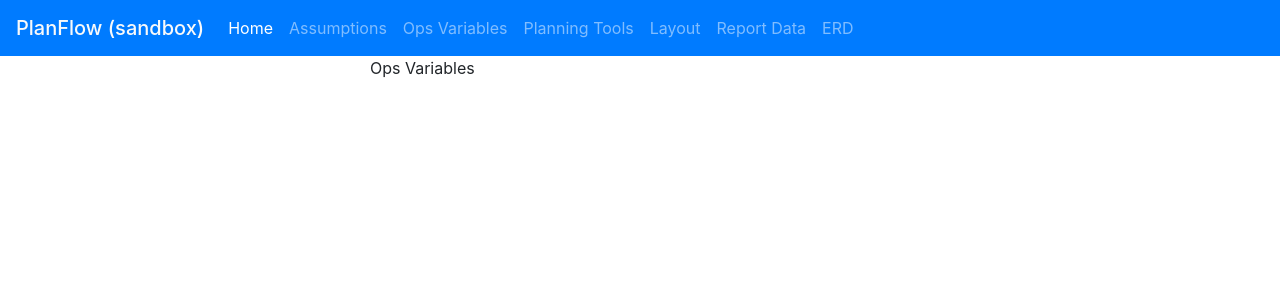
Repository: gholler76/planflow
Page: http://localhost/planflow/WEB-INF/opsvariables.jsp
The author's editor kept a copy of each file at every save. The page is drawn from the files as they stood at one save, then again after the next save.
The browser window is 1280 px wide. The pictures show the whole page.
The page is served by Tomcat 9. Nobody is signed in. Other server files are loaded and not shown. The template is opened directly, without the code that normally fills it, so the values that code supplies are empty.

Above is the page before, as saved 2021-05-28 15:26:03.

### planflow/src/main/webapp/WEB-INF/opsvariables.jsp
<%@ page language="java" contentType="text/html; charset=UTF-8" pageEncoding="UTF-8"%>
<%@ taglib prefix="c" uri="http://java.sun.com/jsp/jstl/core"%>
<%@ taglib prefix="form" uri="http://www.springframework.org/tags/form"%>
<%@ page isErrorPage="true"%>
<%@ taglib prefix="fmt" uri="http://java.sun.com/jsp/jstl/fmt" %>
<%@ taglib prefix="fn" uri="http://java.sun.com/jsp/jstl/functions" %>

<!DOCTYPE html>
<html>
<head>
    <meta charset="UTF-8">
    <title>PlanFlow</title>
    <script src="https://code.jquery.com/jquery-3.5.1.slim.min.js" integrity="sha384-DfXdz2htPH0lsSSs5nCTpuj/zy4C+OGpamoFVy38MVBnE+IbbVYUew+OrCXaRkfj" crossorigin="anonymous"></script>
	<script src="https://cdn.jsdelivr.net/npm/bootstrap@4.6.0/dist/js/bootstrap.bundle.min.js" integrity="sha384-Piv4xVNRyMGpqkS2by6br4gNJ7DXjqk09RmUpJ8jgGtD7zP9yug3goQfGII0yAns" crossorigin="anonymous"></script>
    <link rel="stylesheet" href="https://cdn.jsdelivr.net/npm/bootstrap@4.6.0/dist/css/bootstrap.min.css" integrity="sha384-B0vP5xmATw1+K9KRQjQERJvTumQW0nPEzvF6L/Z6nronJ3oUOFUFpCjEUQouq2+l" crossorigin="anonymous">
</head>
<body>
<nav class="navbar navbar-expand-lg navbar-dark bg-primary">
	    <span class="navbar-brand text-light mb-0 h1">PlanFlow (sandbox)</span>
	  <button class="navbar-toggler" type="button" data-toggle="collapse" data-target="#navbarNavAltMarkup" aria-controls="navbarNavAltMarkup" aria-expanded="false" aria-label="Toggle navigation">
	    <span class="navbar-toggler-icon"></span>
	  </button>
	  <div class="collapse navbar-collapse" id="navbarNavAltMarkup">
	    <div class="navbar-nav">
	      <a class="nav-link active" href="/">Home <span class="sr-only">(current)</span></a>
	      <a class="nav-link" href="/assumptions">Assumptions</a>
	      <a class="nav-link" href="/opsvariables">Ops Variables</a>
	      <a class="nav-link" href="/planningtools">Planning Tools</a>
	      <a class="nav-link" href="/layout">Layout</a>
	      <a class="nav-link" href="reportdata">Report Data</a>
	      <a class="nav-link" href="/erd">ERD</a>
	    </div>
	  </div>
	</nav>
	<div class="container">
		<div class="row justify-content-center">
    		<div class="col-6">
    			Ops Variables
   	 		</div>
    	</div>
	</div>

</body>
</html>

After the next save:
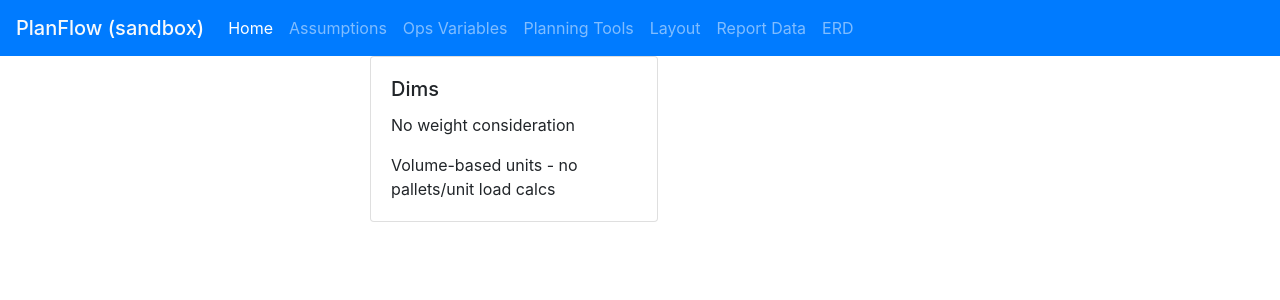
Saved 4 h 13 min later.
--- a/planflow/src/main/webapp/WEB-INF/opsvariables.jsp
+++ b/planflow/src/main/webapp/WEB-INF/opsvariables.jsp
@@ -35,7 +35,13 @@
 	<div class="container">
 		<div class="row justify-content-center">
     		<div class="col-6">
-    			Ops Variables
+    			<div class="card" style="width: 18rem;">
+  					<div class="card-body">
+					    <h5 class="card-title">Dims</h5>
+					    <p class="card-text">No weight consideration</p>
+					    <p class="card-text">Volume-based units - no pallets/unit load calcs</p>
+				  	</div>
+				</div>
    	 		</div>
     	</div>
 	</div>
